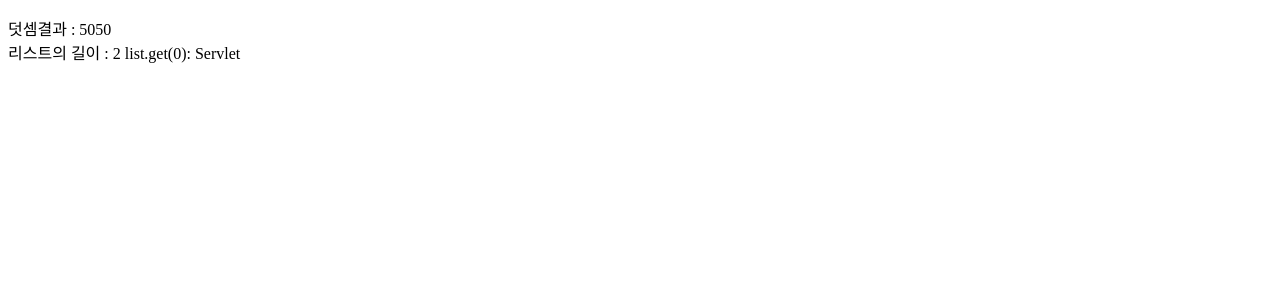
Repository: BrianH29/BH_webserver_workspace1
Page: http://localhost/2_JSP/views/02_directivePage.jsp
An editor plug-in stored every save of this project. The page is shown before and after the next save, followed by the edit.
The browser window is 1280 px wide. The pictures show the whole page.
The page is served by Tomcat 9.

Above is the page before, as saved 2020-08-31 02:30:05.

### webserver_workspace1/2_JSP/WebContent/views/02_directivePage.jsp
<%@ page language="java" contentType="text/html; charset=UTF-8"
    pageEncoding="UTF-8"%>
<%@ page import="java.util.ArrayList" %>
<%@ page import="java.util.Date" %>
<!DOCTYPE html>
<html>
<head>
<meta charset="UTF-8">
<title>Insert title here</title>
</head>
<body>

	<%
	int sum = 0;

	for(int i=1; i<=100; i++){
		sum += i;
	}

	//System.out.println("sum" + sum);

	ArrayList<String> list = new ArrayList<>();
	// page 지시자에 import 속성으로 선언해야됨

	list.add("Servlet");
	list.add("JSP");

	Date today = new Date(); // 현재 날짜(년월일시분초) == 시스템날짜
	%>

	<p>
		덧셈결과 : <%= sum %> <br>
		리스트의 길이 : <%= list.size() %>
		list.get(0): <%= list.get(0) %>
	</p>



</body>
</html>

After the next save:
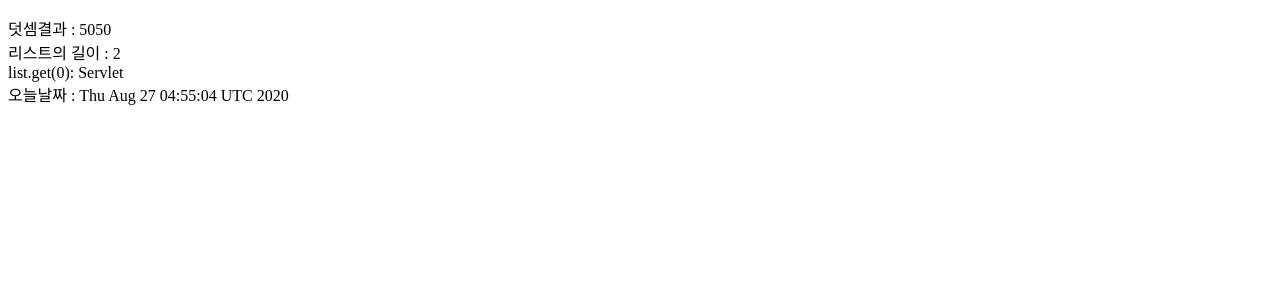
Saved 21 s later.
--- a/webserver_workspace1/2_JSP/WebContent/views/02_directivePage.jsp
+++ b/webserver_workspace1/2_JSP/WebContent/views/02_directivePage.jsp
@@ -30,8 +30,9 @@
 
 	<p>
 		덧셈결과 : <%= sum %> <br>
-		리스트의 길이 : <%= list.size() %>
-		list.get(0): <%= list.get(0) %>
+		리스트의 길이 : <%= list.size() %> <br>
+		list.get(0): <%= list.get(0) %> <br>
+		오늘날짜 : <%= today %>
 	</p>
 
 
